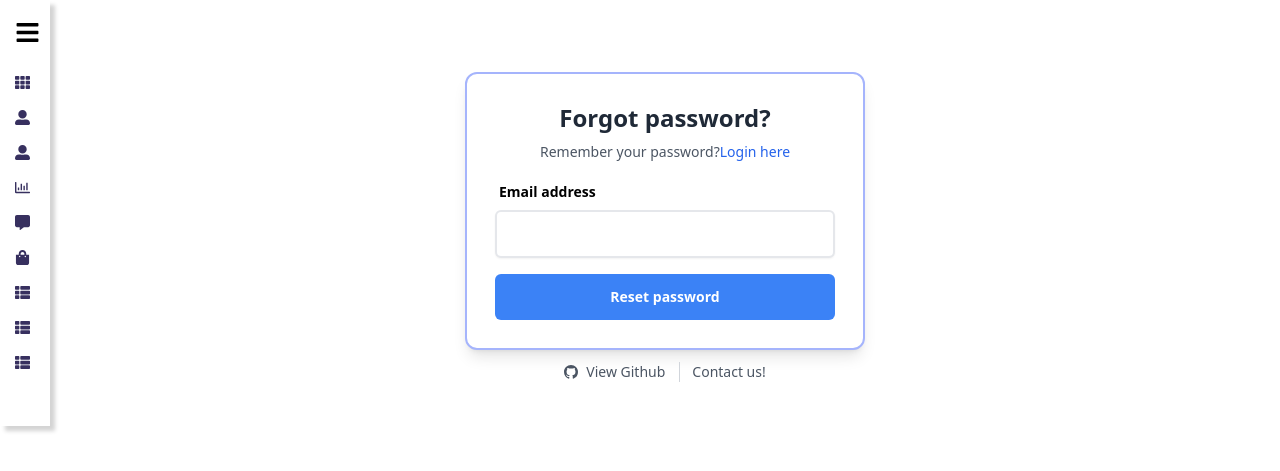
Repository: AndargWorku12/admin-dashboard
Page: /forget-password
The author's editor kept a copy of each file at every save. The page is drawn from the files as they stood at one save, then again after the next save.
The browser window is 1280 px wide. The pictures show the whole page.
The project was rebuilt for these pictures with package versions that can differ from the ones it lists, and the page was loaded fresh each time. Also part of the build but not shown: src/styles/analytics.css, src/pages/Analytics.tsx, src/pages/Dashboard.tsx, src/styles/orders.css, src/pages/OrderTable.tsx, src/pages/OrderModal.tsx, src/pages/Orders.tsx, src/styles/category.css and 11 more.

Above is the page before, as saved 2024-02-03 04:33:12.

### src/index.tsx
import { ColorModeScript } from "@chakra-ui/react"
import * as React from "react"
import * as ReactDOM from "react-dom/client"
import App from "./App"
import './index.css'

const container = document.getElementById("root")
if (!container) throw new Error('Failed to find the root element');
const root = ReactDOM.createRoot(container)

root.render(

  <React.StrictMode>
    <ColorModeScript />
    <App />
  </React.StrictMode>,

)

### src/App.tsx

import React, {useState} from 'react';
import { BrowserRouter, Route, Routes } from 'react-router-dom';
import Sidebar from './components/Sidebar';
import Dashboard from './pages/Dashboard';
// import SignUpForm from './pages/LoginPopup'
import Orders from './pages/Orders';
import Category from './pages/CategoryPage';
import Login from './pages/Login'
import Analytics from './pages/Analytics';
import CustemerReview from './pages/CustemerReview';
import ProductList from './pages/ProductList';
import ShopCard from './pages/ShopCard';
import './App.css'
import SignUpForm from './pages/SignUpForm';
import ForgotPassword from './pages/ForgetPassword';
// import AnalyticsPage from './pages/Analytics';



type SaleData = {
  date: string;
  amount: number;
};

type RevenueData = {
  month: string;
  revenue: number;
};

type Product = {
    id: string;
    photo: string;
    name: string;
    price: number;
    category: string;
};

type Order = {
    id: string;
    productName: string;
    quantity: number;
    totalPrice: number;

};

type CategoryType = {
  id: string;
  photo:string;
  name: string;
};



// Sample props for components
type DashboardProps = {
  saleData: SaleData[];
  revenueData: RevenueData[];
  // ... other props
};

type AnalyticsProps = {
  salesData: SaleData[];
  // ... other props
};

type ProductProps = {
  products: Product[];
  onUpdate: (productId: string, updatedProduct: Product) => void;

};




type OrderProps = {
  orders: Order[];
  // ... other props
};

type CategoryProps = {
  categories: CategoryType[];
  // ... other props
};







const App: React.FC = () => {


// for the product page to handle
  const [products, setProducts] = useState<Product[]>([


    {
      id: '1',
      photo: 'https://img.ltwebstatic.com/images3_pi/2022/01/10/16417919016a32607182dd11dedeb77e8324b683e8_thumbnail_900x.webp',
      name: 'Product 1',
      price: 29.99,
      category: 'Electronics',
    },
    {
      id: '2',
      photo: 'https://img.ltwebstatic.com/images3_pi/2022/01/10/16417919016a32607182dd11dedeb77e8324b683e8_thumbnail_900x.webp',
      name: 'Product 2',
      price: 49.99,
      category: 'Clothing',
    },
    {
      id: '3',
      photo: 'https://img.ltwebstatic.com/images3_pi/2022/01/10/16417919016a32607182dd11dedeb77e8324b683e8_thumbnail_900x.webp',
      name: 'Product 3',
      price: 9.99,
      category: 'Books',
    },
    {
      id: '4',
      photo: 'https://img.ltwebstatic.com/images3_pi/2022/01/10/16417919016a32607182dd11dedeb77e8324b683e8_thumbnail_900x.webp',
      name: 'Product 4',
      price: 79.99,
      category: 'Home and Kitchen',
    },
    {
      id: '5',
      photo: 'https://img.ltwebstatic.com/images3_pi/2022/01/10/16417919016a32607182dd11dedeb77e8324b683e8_thumbnail_900x.webp',
      name: 'Product 5',
      price: 39.99,
      category: 'Toys',
    },



  ]);

  // Function to handle creating a new product
  const handleCreate = (newProduct: Product) => {
    setProducts((prevProducts) => [...prevProducts, newProduct]);
  };

  // Function to handle updating a product

  const handleUpdate = (productId: string, newName: string, newPrice: number) => {
    setProducts((prevProducts) =>
      prevProducts.map((product) =>
        product.id === productId
          ? { ...product, name: newName, price: newPrice }
          : product
      )
    );
  };



  // Function to handle deleting a product
  const handleDelete = (productId: string) => {
    setProducts((prevProducts) => prevProducts.filter((product) => product.id !== productId));
  };

//  for AnalyticsPage
// for category page


const [categories, setCategories] = useState<CategoryType[]>([
  {
    id: '1',
    photo: 'https://plus.unsplash.com/premium_photo-1661662850226-83c981ed4eba?w=500&auto=format&fit=crop&q=60&ixlib=rb-4.0.3&ixid=M3wxMjA3fDB8MHxzZWFyY2h8MXx8bGFwdG9wJTIwY29tcHV0ZXJ8ZW58MHx8MHx8fDA%3D',
    name: 'Category 1',
  },
  {
    id: '2',
    photo: 'https://plus.unsplash.com/premium_photo-1661662850226-83c981ed4eba?w=500&auto=format&fit=crop&q=60&ixlib=rb-4.0.3&ixid=M3wxMjA3fDB8MHxzZWFyY2h8MXx8bGFwdG9wJTIwY29tcHV0ZXJ8ZW58MHx8MHx8fDA%3D',
    name: 'Category 2',
  },
  {
    id: '3',
    photo: 'https://plus.unsplash.com/premium_photo-1661662850226-83c981ed4eba?w=500&auto=format&fit=crop&q=60&ixlib=rb-4.0.3&ixid=M3wxMjA3fDB8MHxzZWFyY2h8MXx8bGFwdG9wJTIwY29tcHV0ZXJ8ZW58MHx8MHx8fDA%3D',
    name: 'Category 3',
  },
  {
    id: '4',
    photo: 'https://plus.unsplash.com/premium_photo-1661662850226-83c981ed4eba?w=500&auto=format&fit=crop&q=60&ixlib=rb-4.0.3&ixid=M3wxMjA3fDB8MHxzZWFyY2h8MXx8bGFwdG9wJTIwY29tcHV0ZXJ8ZW58MHx8MHx8fDA%3D',
    name: 'Category 4',
  },

]);

// Function to handle creating a new category
// const handleCreateCategory = (newCategory: CategoryType) => {
//   setCategories((prevCategories) => [...prevCategories, newCategory]);
// };
const handleCreateCategory = (newCategory: CategoryType) => {
  // Add the new category to the list of categories
  setCategories((prevCategories) => [...prevCategories, newCategory]);
};

const handleUpdateCategory = (categoryId: string, newName: string) => {
  setCategories((prevCategories) =>
    prevCategories.map((category) =>
      category.id === categoryId ? { ...category, name: newName } : category
    )
  );
};

// Function to handle deleting a category
const handleDeleteCategory = (categoryId: string) => {
  setCategories((prevCategories) => prevCategories.filter((category) => category.id !== categoryId));
};

  const saleData: SaleData[] = [
    { date: '2022-01-01', amount: 100 },
    { date: '2022-01-02', amount: 150 },
    { date: '2022-01-03', amount: 200 },
    { date: '2022-01-04', amount: 120 },
    { date: '2022-01-05', amount: 180 },
    { date: '2022-01-06', amount: 90 },
    { date: '2022-01-07', amount: 110 },
    { date: '2022-01-08', amount: 130 },
    { date: '2022-01-09', amount: 170 },
    { date: '2022-01-10', amount: 160 },
  ];

  const revenueData: RevenueData[] = [
    { month: 'January', revenue: 500 },
    { month: 'February', revenue: 700 },
    { month: 'March', revenue: 600 },
    { month: 'April', revenue: 800 },
    { month: 'May', revenue: 900 },
    { month: 'June', revenue: 750 },
    { month: 'July', revenue: 850 },
    { month: 'August', revenue: 950 },
    { month: 'September', revenue: 700 },
    { month: 'October', revenue: 850 },
  ];


   const [orders, setOrders] = useState<Order[]>([
    {
      id: '1',
      productName: 'Laptop',
      quantity: 2,
      totalPrice: 2000,
    },
    {
      id: '2',
      productName: 'Smartphone',
      quantity: 3,
      totalPrice: 1200,
    },
    {
      id: '3',
      productName: 'Headphones',
      quantity: 1,
      totalPrice: 100,
    },
    {
      id: '4',
      productName: 'Camera',
      quantity: 1,
      totalPrice: 800,
    },

   ]);

  // Function to create a new order
  const handleCreateOrder = (newOrder: Order) => {
    setOrders((prevOrders) => [...prevOrders, newOrder]);
  };

  // Function to delete an order
  const handleDeleteOrder = (orderId: string) => {
    const updatedOrders = orders.filter(order => order.id !== orderId);
    setOrders(updatedOrders);
  };

  // Function to update an order
  const handleUpdateOrder = (orderId: string, updatedOrder: Order) => {
    // Placeholder implementation: Updating the order in the list
    setOrders((prevOrders) =>
      prevOrders.map((order) =>
        order.id === orderId ? { ...order, ...updatedOrder } : order
      )
    );
  };

  return (
    <div>
    <BrowserRouter>
    <Sidebar>
      <Routes>
        <Route path="/" element={<Dashboard saleData={saleData} revenueData={revenueData}  />} />
        <Route path="/dashboard" element={<Dashboard saleData={saleData} revenueData={revenueData}  />} />
       <Route path="/login" element={<Login/>}/>
       <Route path='/forget-password' element={<ForgotPassword/>}/>
        <Route path="/signup" element={<SignUpForm />} />
        <Route path="/review"element={<CustemerReview username="John" joinedDate="2022-01-01" reviewDate="2022-01-15" reviewText="Lorem ipsum" />}
/>

        <Route path="/analytics" element={<Analytics  />} />
        <Route
  path="/product"
  element={<ProductList />}
/>
        <Route path="/shop" element={<ShopCard />} />
        <Route
        path="/orders"
        element={
          <Orders
/>
        }
      />

        <Route
            path="/category"
            element={<Category />}
          />

      </Routes>
    </Sidebar>
  </BrowserRouter>
  </div>
  );
};

export default App;

### src/components/Sidebar.tsx
import React, { useState } from 'react';
import ReactNode from "react";
import {
    FaTh,
    FaBars,
    FaUserAlt,
    FaRegChartBar,
    FaCommentAlt,
    FaShoppingBag,
    FaThList
} from 'react-icons/fa';
import { NavLink, NavLinkProps } from 'react-router-dom';



interface MenuItem {
    path: string;
    name: string;
    icon: JSX.Element;
}

interface SidebarProps {
  children: React.ReactNode;
}
    const Sidebar: React.FC<React.PropsWithChildren<{}>> = ({ children }) => {
    const [isOpen, setIsOpen] = useState(false);

    const toggle = () => setIsOpen(!isOpen);

    const menuItems: MenuItem[] = [
        {
            path: '/',
            name: 'Dashboard',
            icon: <FaTh />,
        },
        {
            path: '/login',
            name: 'Login',
            icon: <FaUserAlt />,
        },
        {
          path: '/signup',
          name: 'Register form',
          icon: <FaUserAlt />,
      },
        {
            path: '/analytics',
            name: 'Analytics',
            icon: <FaRegChartBar />,
        },
        {
            path: '/review',
            name: 'CustemerReview',
            icon: <FaCommentAlt />,
        },
        {
            path: '/product',
            name: 'Product',
            icon: <FaShoppingBag />,
        },
        {
            path: '/category',
            name: 'Category List',
            icon: <FaThList />,
        },
        {
          path: '/orders',
          name: 'Orders',
          icon: <FaThList />,
      },
      {
        path: '/shop',
        name: 'Sample product',
        icon: <FaThList />,
    },
    ];

    return (
        <div className="container">
            <div style={{ width: isOpen ? '200px' : '50px' }} className="sidebar">
                <div className="top_section">
                    <h1 style={{ display: isOpen ? 'block' : 'none' }} className="logo">
                        Logo
                    </h1>
                    <div style={{ marginLeft: isOpen ? '50px' : '0px' }} className="bars">
                        <FaBars onClick={toggle} />
                    </div>
                </div>
                {menuItems.map((item, index) => (
                    <NavLink to={item.path} key={index} className="link"
                    //  activeClassName="active"
                     >
                        <div className="icon">{item.icon}</div>
                        <div style={{ display: isOpen ? 'block' : 'none' }} className="link_text text-sm">
                            {item.name}
                        </div>
                    </NavLink>
                ))}
            </div>
            <main>{children}</main>
        </div>
    );
};

export default Sidebar;

### src/App.css
* {
    margin: 0;
    padding: 0;
    text-decoration: none;
    /* background: #fff; */
    /* color: #fff; */
    /* background: #0e1630 */
    /* background-color: #0e1630; */
}

.container {
    display: flex;
}

main {
    width: 100%;
    padding: 20px;
}

.sidebar {
    background: #fff;
    /* background: #0e1630; */
    box-shadow: 5px 5px 4px rgb(212, 212, 212);
    color: #000;
    height: auto;
    width: 200px;
    transition: all 0.5s;
}

.top_section {
    display: flex;
    align-items: center;
    padding: 20px 15px;
}

.logo {
    font-size: 30px;
}

.bars {
    display: flex;
    font-size: 25px;
    margin-left: 50px;
}

.link {
    display: flex;
    color: #37305F;
    padding: 10px 15px;
    gap: 15px;
    transition: all 0.5s;
}

.link:hover {
    background: #37305F;
    color: #fff;
    transition: all 0.5s;
}

.active {
    background: #37305F;
    color: #fff;
}

.icon,
.link_text {
    font-size: 15px;
}

### src/pages/ForgetPassword.tsx
import React from 'react';

const ForgotPassword: React.FC = () => {
  return (
    <main id="content" role="main" className="w-full max-w-md mx-auto p-6">
      <div className="mt-7 bg-white rounded-xl shadow-lg dark:bg-gray-800 dark:border-gray-700 border-2 border-indigo-300">
        <div className="p-4 sm:p-7">
          <div className="text-center">
            <h1 className="block text-2xl font-bold text-gray-800 dark:text-white">Forgot password?</h1>
            <p className="mt-2 text-sm text-gray-600 dark:text-gray-400">
              Remember your password?
              <a className="text-blue-600 decoration-2 hover:underline font-medium" href="/login">
                Login here
              </a>
            </p>
          </div>

          <div className="mt-5">
            <form>
              <div className="grid gap-y-4">
                <div>
                  <label htmlFor="email" className="block text-sm font-bold ml-1 mb-2 dark:text-white">Email address</label>
                  <div className="relative">
                    <input
                      type="email"
                      id="email"
                      name="email"
                      className="py-3 px-4 block w-full border-2 border-gray-200 rounded-md text-sm focus:border-blue-500 focus:ring-blue-500 shadow-sm"
                      required
                      aria-describedby="email-error"
                    />
                  </div>
                  <p className="hidden text-xs text-red-600 mt-2" id="email-error">Please include a valid email address so we can get back to you</p>
                </div>
                <button
                  type="submit"
                  className="py-3 px-4 inline-flex justify-center items-center gap-2 rounded-md border border-transparent font-semibold bg-blue-500 text-white hover:bg-blue-600 focus:outline-none focus:ring-2 focus:ring-blue-500 focus:ring-offset-2 transition-all text-sm dark:focus:ring-offset-gray-800"
                >
                  Reset password
                </button>
              </div>
            </form>
          </div>
        </div>
      </div>

      <p className="mt-3 flex justify-center items-center text-center divide-x divide-gray-300 dark:divide-gray-700">
        <a className="pr-3.5 inline-flex items-center gap-x-2 text-sm text-gray-600 decoration-2 hover:underline hover:text-blue-600 dark:text-gray-500 dark:hover:text-gray-200" href="#" target="_blank">
          <svg className="w-3.5 h-3.5" xmlns="http://www.w3.org/2000/svg" width="16" height="16" fill="currentColor" viewBox="0 0 16 16">
            <path d="M8 0C3.58 0 0 3.58 0 8c0 3.54 2.29 6.53 5.47 7.59.4.07.55-.17.55-.38 0-.19-.01-.82-.01-1.49-2.01.37-2.53-.49-2.69-.94-.09-.23-.48-.94-.82-1.13-.28-.15-.68-.52-.01-.53.63-.01 1.08.58 1.23.82.72 1.21 1.87.87 2.33.66.07-.52.28-.87.51-1.07-1.78-.2-3.64-.89-3.64-3.95 0-.87.31-1.59.82-2.15-.08-.2-.36-1.02.08-2.12 0 0 .67-.21 2.2.82.64-.18 1.32-.27 2-.27.68 0 1.36.09 2 .27 1.53-1.04 2.2-.82 2.2-.82.44 1.1.16 1.92.08 2.12.51.56.82 1.27.82 2.15 0 3.07-1.87 3.75-3.65 3.95.29.25.54.73.54 1.48 0 1.07-.01 1.93-.01 2.2 0 .21.15.46.55.38A8.012 8.012 0 0 0 16 8c0-4.42-3.58-8-8-8z" />
          </svg>
          View Github
        </a>
        <a className="pl-3 inline-flex items-center gap-x-2 text-sm text-gray-600 decoration-2 hover:underline hover:text-blue-600 dark:text-gray-500 dark:hover:text-gray-200" href="#">
          Contact us!
        </a>
      </p>
    </main>
  );
};

export default ForgotPassword;

Loaded but not shown: public/index.html (common file); src/index.css (common file); tailwind.config.js (common file)

After the next save:
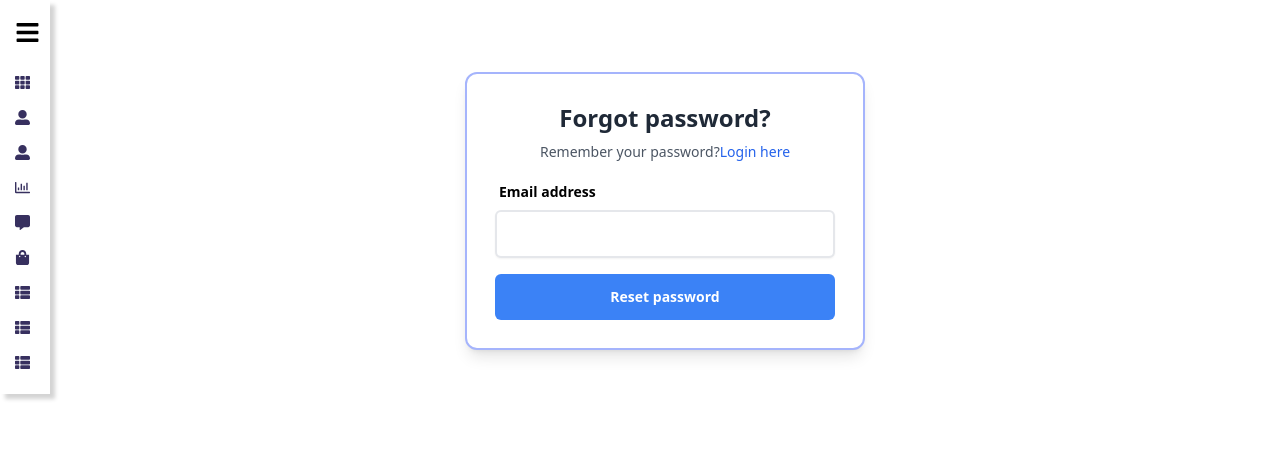
Saved 60 s later.
--- a/src/pages/ForgetPassword.tsx
+++ b/src/pages/ForgetPassword.tsx
@@ -44,7 +44,7 @@ const ForgotPassword: React.FC = () => {
         </div>
       </div>
 
-      <p className="mt-3 flex justify-center items-center text-center divide-x divide-gray-300 dark:divide-gray-700">
+      {/* <p className="mt-3 flex justify-center items-center text-center divide-x divide-gray-300 dark:divide-gray-700">
         <a className="pr-3.5 inline-flex items-center gap-x-2 text-sm text-gray-600 decoration-2 hover:underline hover:text-blue-600 dark:text-gray-500 dark:hover:text-gray-200" href="#" target="_blank">
           <svg className="w-3.5 h-3.5" xmlns="http://www.w3.org/2000/svg" width="16" height="16" fill="currentColor" viewBox="0 0 16 16">
             <path d="M8 0C3.58 0 0 3.58 0 8c0 3.54 2.29 6.53 5.47 7.59.4.07.55-.17.55-.38 0-.19-.01-.82-.01-1.49-2.01.37-2.53-.49-2.69-.94-.09-.23-.48-.94-.82-1.13-.28-.15-.68-.52-.01-.53.63-.01 1.08.58 1.23.82.72 1.21 1.87.87 2.33.66.07-.52.28-.87.51-1.07-1.78-.2-3.64-.89-3.64-3.95 0-.87.31-1.59.82-2.15-.08-.2-.36-1.02.08-2.12 0 0 .67-.21 2.2.82.64-.18 1.32-.27 2-.27.68 0 1.36.09 2 .27 1.53-1.04 2.2-.82 2.2-.82.44 1.1.16 1.92.08 2.12.51.56.82 1.27.82 2.15 0 3.07-1.87 3.75-3.65 3.95.29.25.54.73.54 1.48 0 1.07-.01 1.93-.01 2.2 0 .21.15.46.55.38A8.012 8.012 0 0 0 16 8c0-4.42-3.58-8-8-8z" />
@@ -54,7 +54,7 @@ const ForgotPassword: React.FC = () => {
         <a className="pl-3 inline-flex items-center gap-x-2 text-sm text-gray-600 decoration-2 hover:underline hover:text-blue-600 dark:text-gray-500 dark:hover:text-gray-200" href="#">
           Contact us!
         </a>
-      </p>
+      </p> */}
     </main>
   );
 };
